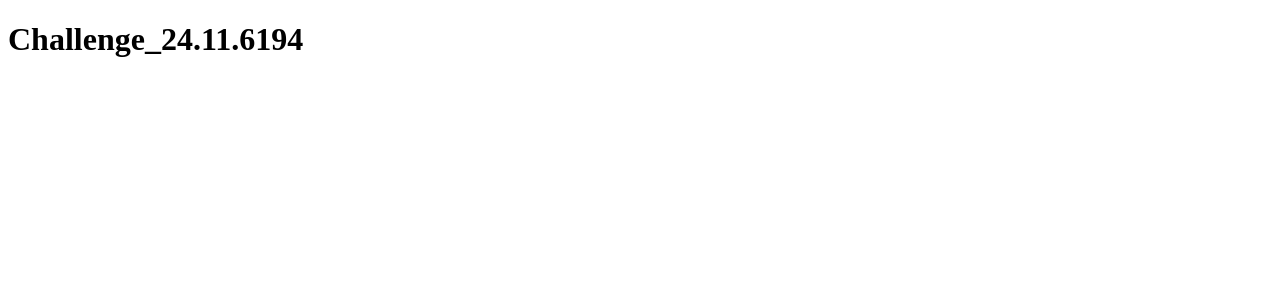
Repository: razitazhr/Pertemuan-6_24.116194
Page: Pertemuan 5/Challenge 5.html
These files come from the project's save history. The page is drawn as it stood at one moment and after the next save; the edit follows.
The browser window is 1280 px wide. The pictures show the whole page.

Above is the page before, as saved 2026-04-27 11:07:26.

### Pertemuan 5/Challenge 5.html
<!DOCTYPE html>
<html lang="en">
<head>
    <meta charset="UTF-8">
    <meta name="viewport" content="width=device-width, initial-scale=1.0">
    <title>Document</title>
</head>
<body>
    <h1>Challenge_24.11.6194</h1>
    <header></header>
</body>
</html>

After the next save:
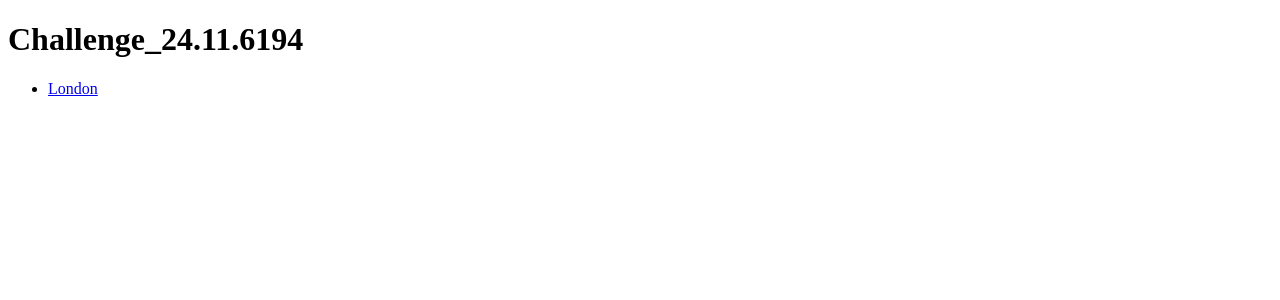
Saved 71 s later.
--- a/Pertemuan 5/Challenge 5.html
+++ b/Pertemuan 5/Challenge 5.html
@@ -8,5 +8,12 @@
 <body>
     <h1>Challenge_24.11.6194</h1>
     <header></header>
+    <section>
+        <nav>
+            <ul>
+                <li><a href="#">London</a> </li>
+            </ul>
+        </nav>
+    </section>
 </body>
 </html>
